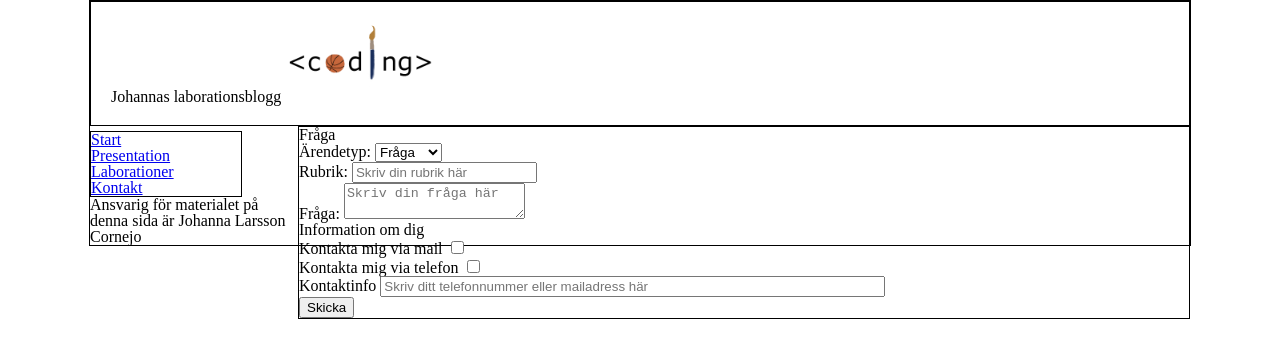
Repository: jc222fi/1ik415-laborationer
Page: pages/kontakt.html
The author's editor kept a record of every edit. The page is drawn from the files as they stood at one moment, then again after the next edit.
The browser window is 1280 px wide. The pictures show the whole page.

Above is the page before.

After the next edit:
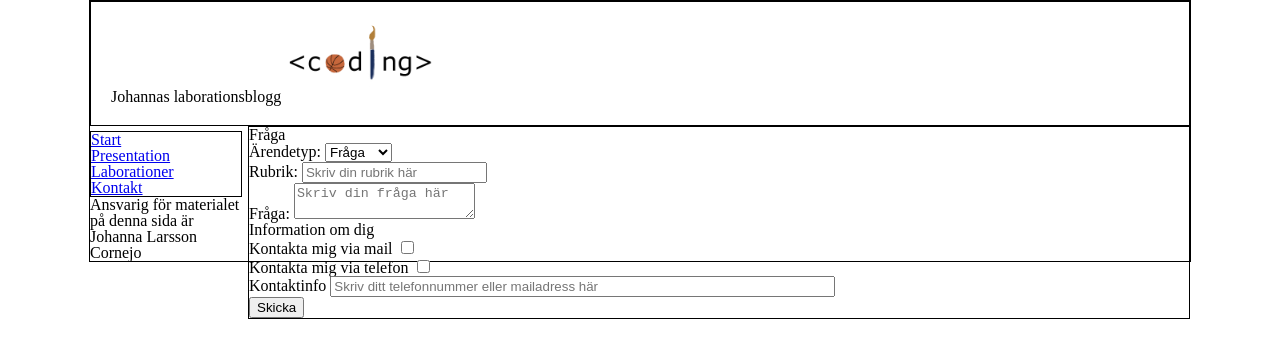
The edit:
--- a/css/style.css
+++ b/css/style.css
@@ -43,8 +43,7 @@
 }
 #content{
 	float:right;
-	margin-left:5px;
-	width:890px;
+	width:940px;
 	border:1px solid black;
 }
 #footer{
